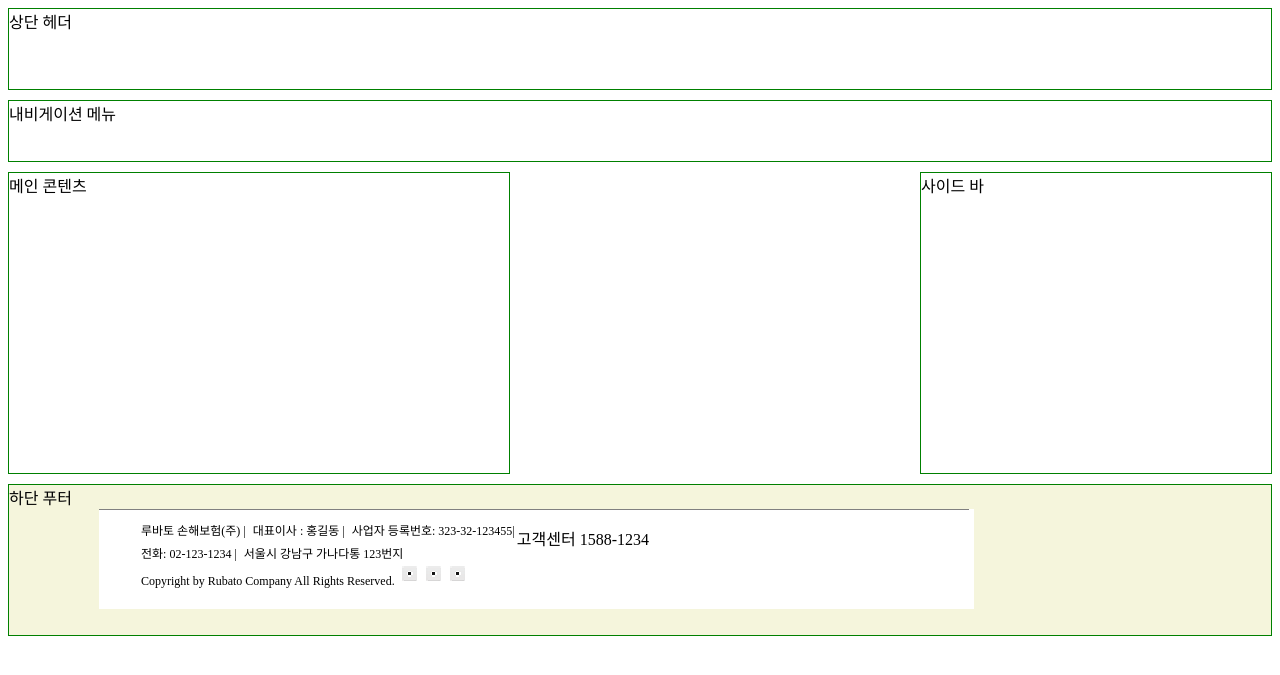
Repository: woosungtae/html_css
Page: pro01/public/a3.html
The author's editor kept a copy of each file at every save. The page is drawn from the files as they stood at one save, then again after the next save.
The browser window is 1280 px wide. The pictures show the whole page.

Above is the page before, as saved 2022-12-14 05:38:58.

After the next save:
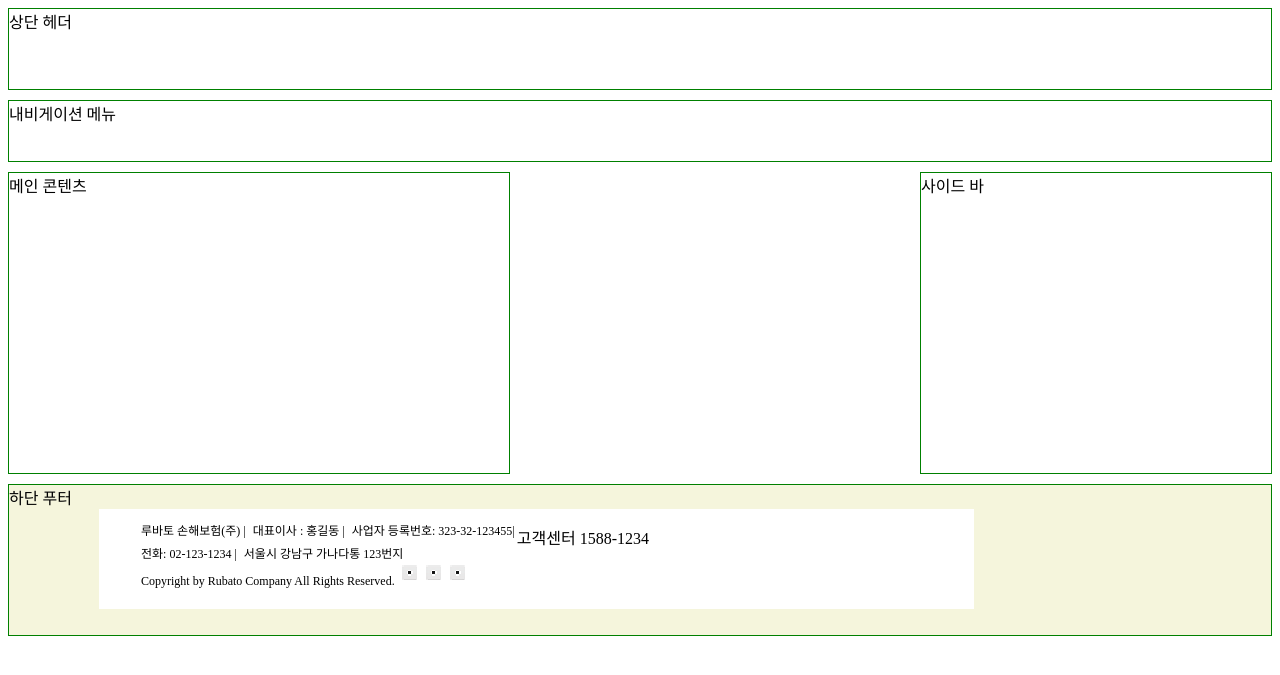
Saved 23 s later.
--- a/pro01/public/a3.html
+++ b/pro01/public/a3.html
@@ -24,7 +24,7 @@
         }
     #customer {
       float: top;
-      border-top: 1px solid gray;
+
       margin-right: 5px;
         }
      nav {
